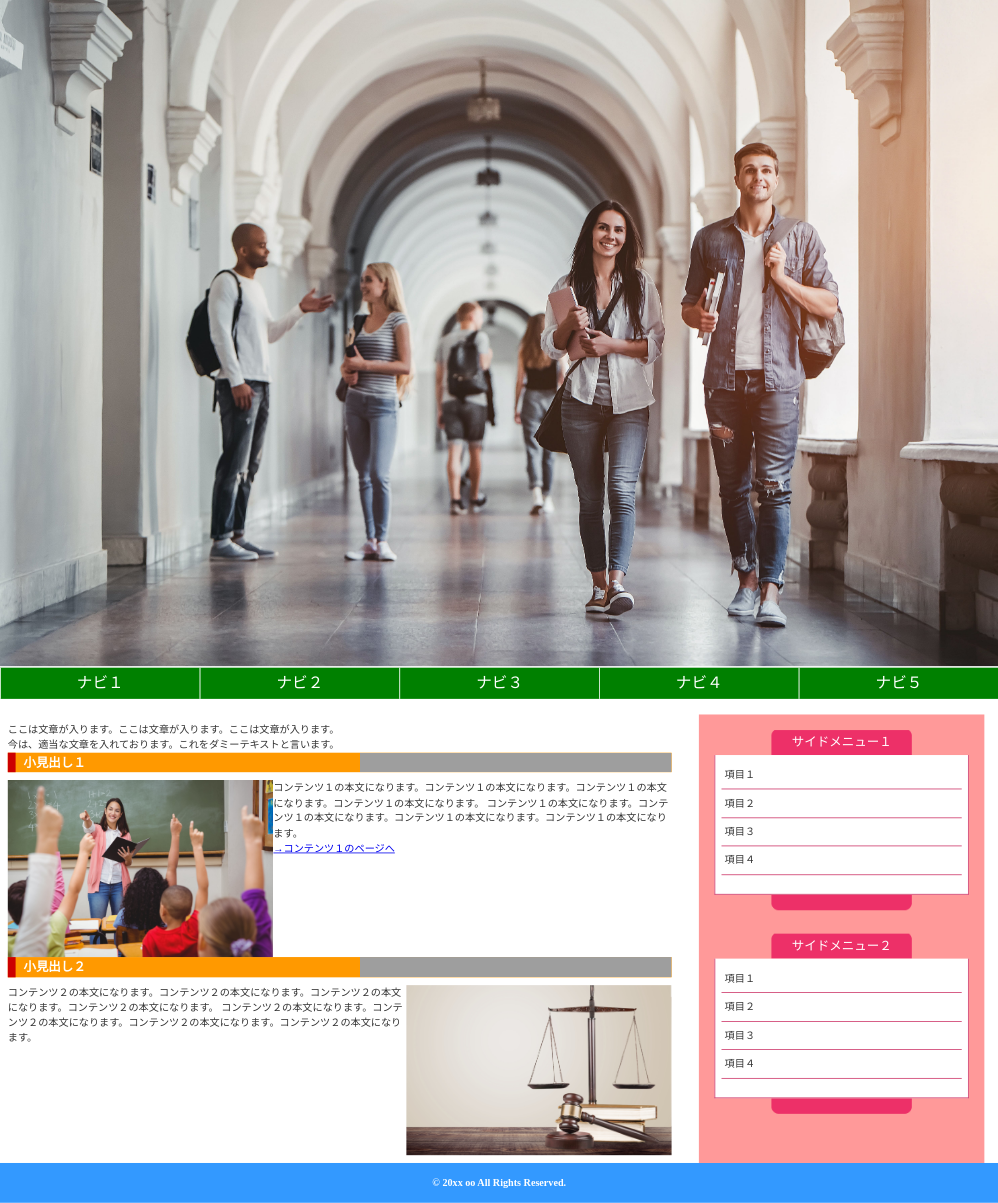
Repository: okuma0090/samurai_HTML-CSS
Page: home.html
The author's editor kept a record of every edit. The page is drawn from the files as they stood at one moment, then again after the next edit.
The browser window is 1280 px wide. The pictures show the whole page, at 78% of full size.
Pictures or frames that could not be fetched are drawn as grey boxes.

Above is the page before.

### home.html
<!DOCTYPE html>
<html lang="ja">
<head>
    <meta charset="UTF-8">
    <title>HTML/CSSの学習</title>
    <!--stylesheet.cssの読み込み -->
    <link rel="stylesheet"href="stylesheet.css">
</head>
<body>
    <div id="header">
        <h1><a href="index.html"><img id="corridor"src="images/corridor.jpg"alt="大学の廊下"/></a></h1></a></h1>
    </div>
    <div class="wrapper">
        <div id="nav">
            <ul>
                <li><a href="home.html">ナビ１</a></li>
                <li><a href="#">ナビ２</a></li>
                <li><a href="#">ナビ３</a></li>
                <li><a href="#">ナビ４</a></li>
                <li><a href="#">ナビ５</a></li>
            </ul>
        </div>
        <div id="container">
            <div id="main">
                <div class="post">
                    <p>ここは文章が入ります。ここは文章が入ります。ここは文章が入ります。<br />今は、適当な文章を入れております。これをダミーテキストと言います。</p>
                    </div>
                    <div class="post clearfix">
                        <h2>小見出し１</h2>
                        <img class="left" src="images/classroom.jpg" alt"授業風景" />
                        <p>
                            コンテンツ１の本文になります。コンテンツ１の本文になります。コンテンツ１の本文になります。コンテンツ１の本文になります。
                            コンテンツ１の本文になります。コンテンツ１の本文になります。コンテンツ１の本文になります。コンテンツ１の本文になります。
                        </p>
                        <p><a href="#">→コンテンツ１のページへ</a></p>
                    </div>
                        <div class="post clearfix">
                            <h2>小見出し２</h2>
                            <img class="right" src="images/scale.jpg" alt="天秤"/>
                            <p>
                                コンテンツ２の本文になります。コンテンツ２の本文になります。コンテンツ２の本文になります。コンテンツ２の本文になります。
                                コンテンツ２の本文になります。コンテンツ２の本文になります。コンテンツ２の本文になります。コンテンツ２の本文になります。
                            </p>
                        </div>
                </div>
                <div id="side">
                    <div class="box">
                        <h2>サイドメニュー１</h2>
                        <div class="boxBody">
                            <ul>
                                <li>項目１</li>
                                <li>項目２</li>
                                <li>項目３</li>
                                <li>項目４</li>
                            </ul>
                        </div>
                    </div>
                    <div class="box">
                        <h2>サイドメニュー２</h2>
                        <div class="boxBody">
                            <ul>
                                <li>項目１</li>
                                <li>項目２</li>
                                <li>項目３</li>
                                <li>項目４</li>
                            </ul>
                        </div>
                    </div>
                </div>
        </div>
    </div>
    <div id="footer">
        <p>&copy; 20xx oo All Rights Reserved.</p>
    </div>
</body>
</html>

### stylesheet.css
@charset"utf-8";


body{
    margin:0;
    padding:0;
    font-family:"ヒラギノ角ゴ　Pro W3","Hiragino Kaku Gothic Pro","メイリオ";
    color: #333;
    font-size: 13px;
    line-height: 150%;
}

/*--------------------wrapper--------------------*/
#wrapper{
    width: 100%;
    margin:auto;
    padding: 0px;
    border:0px;
    background-color: #FFF;
    top:10px;
    position: relative;
}

/*-------------------- header --------------------*/
#header {
    width: 100%;
}
#header h1{
    margin: 0;
    padding: 0;
}

#corridor {
    width: 100%;
    height:auto;
}

/*-------------------- footer --------------------*/
#footer{
    clear: both;
    width: 100%;
    padding: 3px 0 3px 0;
    background: #39F;
    color: #FFF;
    font-weight: bold;
    text-align: center;
}

/*-------------------- nav ----------------------*/
#nav {
    width:100%;
}
#nav ul {
    display: flex;
    margin: 0;
    padding: 0;
    list-style-type: none;
}
#nav ul li {
    width: 20%;
    text-align: center;
}

#nav ul li a {
    display: block;
    height:20px;
    margin: 0;
    padding: 10px;
    color:  #FFF;
    font-size: 20px;
    text-decoration: none;
    background-color: green;
    border-left:1px solid white;
}

#nav ul li a:hover{
    filter: drop-shadow(10px 10px 10px black);
}


/*-------------------- container -------------------*/
#container {
    width: 100%;
    margin: auto;
    padding-top: 20px;
    clear: both;
display: grid;
grid-template-columns: 70vw 30vw;
}
/*-------------------- main --------------------*/
#main {
    width: 95%;
    padding: 10px 30px 10px 10px;
}
#main h2{
    margin: 0 0 10px 0;
    padding: 3px 10px 3px 10px;
    color: #FFF;
    font-size:16px;
    border-left:solid 10px #C00;
    background: #F90 url(..images/main_h2.png) right top repeat-y;
}
#main p{
    margin:0;
    padding:0;
}
#main.post img.right {
    margin: 0 0 0 8px;
}
#main.post img.left{
    margin:0 8px 0 0;
}

.right{
    float: right;
    width: 40%;
    height:auto;
    }

.left{
    float: left;
    width: 40%;
    height: auto;
}

/*-------------------- clearfix ----------------------*/
.clearfix{
    zoom:1;
}
.clearfix:after{
    content:"";
    display: block;
    clear: both;
}


 /* -------------------- side -------------------- */
 #side {
 	 width: 85%;
 	 padding: 20px;
 	 background-color: #F99;
 }
 #side .box {
 	 margin: 0 auto 30px auto;
 	 padding: 0 0 20px 0;
 	 background: url(images/side_box.png) bottom no-repeat;
 }
 #side .box h2 {
 	 margin: 0;
 	 padding: 8px;
 	 text-align: center;
 	 color: #fff;
 	 font-size: 16px;
 	 line-height: 16px;
 	 font-weight: normal;
 	 background: url(images/side_box_h2.png) center no-repeat;
 }


 #side .box .boxBody {
 	 padding: 8px;
 	 border-right: solid 1px #C36;
 	 border-bottom: solid 1px #C36;
 	 border-left: solid 1px #C36;
	 background: #fff;
 }
 #side .box .boxBody ul {
 	 margin: 0 0 16px 0;
 	 padding: 0;
 }
 #side .box .boxBody ul li {
 	 padding: 8px 0 8px 4px;
 	 list-style: none;
 	 border-bottom: solid 1px #C36;
 }

 #side .box .boxBody ul li:hover{
     padding: 8px 0 8px 4px;
     list-style: none;
     border-bottom: solid 1px #C36;
     box-shadow: 0px 4px 4px rgba(0, 0, 0, 0.3);
 }

After the next edit:
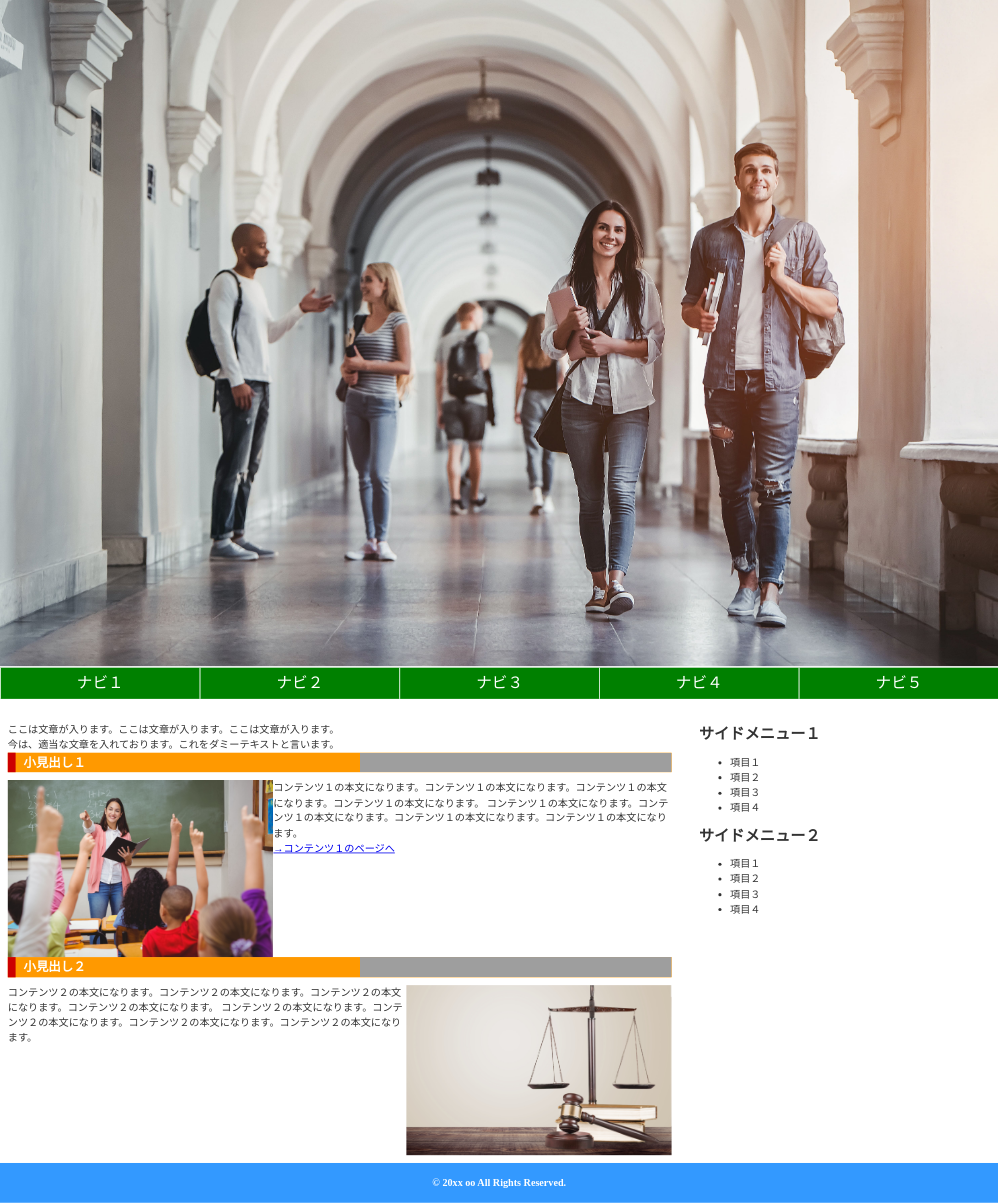
The edit:
--- a/home.html
+++ b/home.html
@@ -43,7 +43,7 @@
                             </p>
                         </div>
                 </div>
-                <div id="side">
+                <div id="side-menu">
                     <div class="box">
                         <h2>サイドメニュー１</h2>
                         <div class="boxBody">
